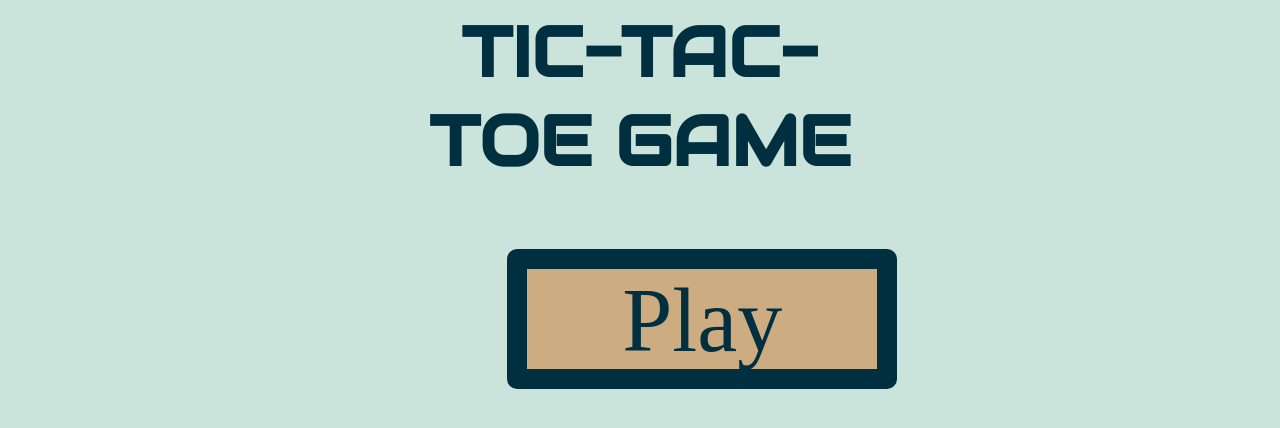
Repository: blackSky1213/tic-tac-toe
Page: index.html
The author's editor kept a copy of each file at every save. The page is drawn from the files as they stood at one save, then again after the next save.
The browser window is 1280 px wide. The pictures show the whole page.

Above is the page before, as saved 2020-12-28 20:47:45.

After the next save:
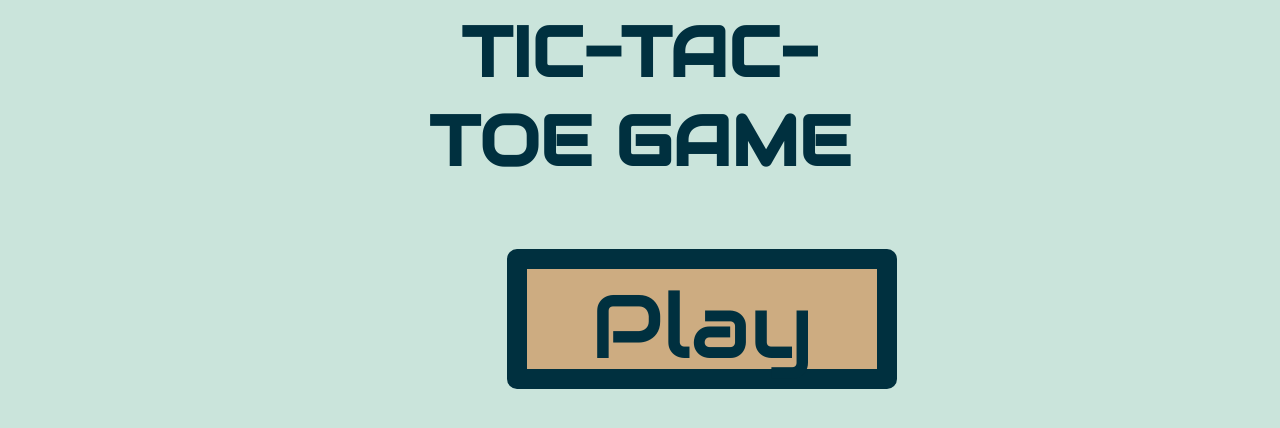
Saved 16 s later.
--- a/styles/index.css
+++ b/styles/index.css
@@ -24,4 +24,5 @@ body{
 }
 .play{
     color:#00303f;
+    font-family:'Audiowide', cursive;
 }
